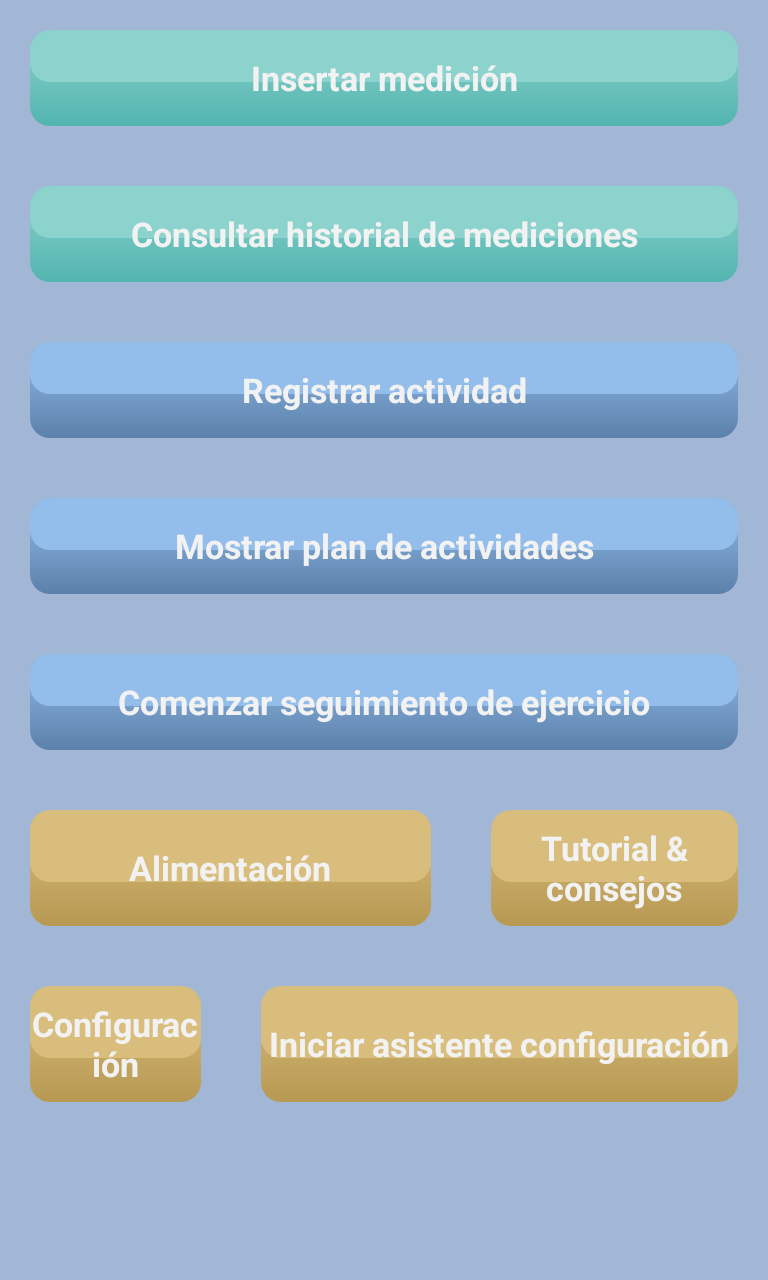
Repository: HectorGarciaMiguel/ssii-diabetes-060036
Layout: SeguimientoDiabetes/res/layout/activity_principal.xml
These files come from the project's save history. The layout is drawn as it stood at one moment and after the next save; the edit follows.
It is drawn on a 768 x 1280 px phone screen (xhdpi) without system bars, with theme AppTheme; the app's code is not run.

Above is the layout before, as saved 2015-11-20 20:50:34.

### SeguimientoDiabetes/res/layout/activity_principal.xml
<ScrollView xmlns:android="http://schemas.android.com/apk/res/android"
    xmlns:tools="http://schemas.android.com/tools"
    android:layout_width="fill_parent"
    android:layout_height="fill_parent"
    android:layout_gravity="center"
    tools:context="com.example.seguimientodiabetes.PrincipalActivity"  >

<LinearLayout
    android:layout_width="fill_parent"
    android:layout_height="wrap_content"
	android:orientation="vertical"
	android:gravity="center">

		<LinearLayout
		        android:layout_width="fill_parent"
		        android:layout_height="fill_parent">

		    <Button
		        android:id="@+id/button1"
		        style="@style/Boton"
		        android:background="@drawable/mibotonverde"
		        android:onClick="pasarInsertarMedicionActivity"
		        android:text="Insertar medición" />
		</LinearLayout>

		<LinearLayout
		        android:layout_width="fill_parent"
		        android:layout_height="fill_parent">

		    <Button
		        android:id="@+id/button2"
		        style="@style/Boton"
		        android:background="@drawable/mibotonverde"
		        android:onClick="pasarHistorialMedicionActivity"
		        android:text="Consultar historial de mediciones" />
		</LinearLayout>

		<LinearLayout
		        android:layout_width="fill_parent"
		        android:layout_height="fill_parent" >

		    <Button
		        android:id="@+id/button3"
		        style="@style/Boton"
		        android:background="@drawable/mibotonazul"
		        android:onClick="lanzarRegistrarActividad"
		        android:text="Registrar actividad" />
		</LinearLayout>

		<LinearLayout
		        android:layout_width="fill_parent"
		        android:layout_height="fill_parent">

		     <Button
		         android:id="@+id/button4"
		         style="@style/Boton"
		         android:background="@drawable/mibotonazul"
		         android:onClick="pasarOpcionesMostrarActividadesActivity"
		         android:text="Mostrar plan de actividades" />

		</LinearLayout>

		<LinearLayout
		        android:layout_width="fill_parent"
		        android:layout_height="fill_parent">

		     <Button
		        android:id="@+id/button6"
		        style="@style/Boton"
		        android:background="@drawable/mibotonazul"
		        android:text="Comenzar seguimiento de ejercicio" />

		</LinearLayout>

		<LinearLayout
		        android:layout_width="fill_parent"
		        android:layout_height="fill_parent">

		   	<Button
		        android:id="@+id/button7"
		        style="@style/Boton"
		        android:layout_weight="40"
		        android:background="@drawable/mibotonnaranja"
		        android:text="Alimentación" />

		     <Button
		        android:id="@+id/button8"
		        style="@style/Boton"
		        android:layout_weight="60"
		        android:background="@drawable/mibotonnaranja"
		        android:text="Tutorial &amp; consejos" />

		</LinearLayout>

		<LinearLayout
		        android:layout_width="fill_parent"
		        android:layout_height="fill_parent">

		     <Button
			    android:id="@+id/button9"
		        style="@style/Boton"
		        android:layout_weight="70"
		        android:background="@drawable/mibotonnaranja"
			    android:text="Configuración" />

		     <Button
		        android:id="@+id/button5"
		        style="@style/Boton"
		        android:layout_weight="30"
		        android:background="@drawable/mibotonnaranja"
		        android:onClick="pasarConfiguracion"
		        android:text="Iniciar asistente configuración" />

		</LinearLayout>


</LinearLayout>
</ScrollView>

### SeguimientoDiabetes/res/drawable/mibotonverde.xml
<?xml version="1.0" encoding="utf-8"?>
<selector xmlns:android="http://schemas.android.com/apk/res/android" >

 <item android:state_pressed="true">
     <layer-list >
       <item >
           <shape android:shape="rectangle">
            <gradient
  				  android:startColor="#104849"
                  android:endColor="#0B393A"
                  android:angle="-90"
                  android:type="linear"
                  />
            <corners android:radius="10dp" />
            </shape>
            </item>
            <item android:top="1dp" android:bottom="22dp" >
 	 <shape android:shape="rectangle">
  				<solid android:color="#104849"/>
              <corners android:radius="10dp" />

            </shape>
      </item>
      </layer-list>
  </item>




<item android:state_focused="true">
     <layer-list >
       <item >
           <shape android:shape="rectangle">
            <gradient
  				  android:startColor="#104849"
                  android:endColor="#0B393A"
                  android:angle="-90"
                  android:type="linear"
                  />
            <corners android:radius="10dp" />
            </shape>
            </item>
            <item android:top="1dp" android:bottom="50px" >
  <shape android:shape="rectangle">
  <solid android:color="#104849"/>
              <corners android:radius="10dp" />

            </shape>
      </item>
      </layer-list>
  </item>







 <item>
     <layer-list >
       <item >
           <shape android:shape="rectangle">
            <gradient
  				  android:startColor="#8CD2CD"
                  android:endColor="#53B5AF"
                  android:angle="-90"
                  android:type="linear"
                  />
			<corners android:radius="10dp" />
			</shape>
        </item>
        <item android:top="1dp" android:bottom="22dp" >
  			<shape android:shape="rectangle">
  			<solid android:color="#8CD2CD"/>
       			<corners android:radius="10dp" />
           </shape>
      </item>
      </layer-list>
  </item>
</selector>

### SeguimientoDiabetes/res/drawable/mibotonazul.xml
<?xml version="1.0" encoding="utf-8"?>
<selector xmlns:android="http://schemas.android.com/apk/res/android" >

 <item android:state_pressed="true">
     <layer-list >
       <item >
           <shape android:shape="rectangle">
            <gradient
  				  android:startColor="#29527C"
                  android:endColor="#112A44"
                  android:angle="-90"
                  android:type="linear"
                  />
            <corners android:radius="10dp" />
            </shape>
            </item>
            <item android:top="1dp" android:bottom="22dp" >
 	 <shape android:shape="rectangle">
  				<solid android:color="#29527C"/>
              <corners android:radius="10dp" />

            </shape>
      </item>
      </layer-list>
  </item>




<item android:state_focused="true">
     <layer-list >
       <item >
           <shape android:shape="rectangle">
            <gradient
  				  android:startColor="#29527C"
                  android:endColor="#112A44"
                  android:angle="-90"
                  android:type="linear"
                  />
            <corners android:radius="10dp" />
            </shape>
            </item>
            <item android:top="1dp" android:bottom="50px" >
  <shape android:shape="rectangle">
  <solid android:color="#29527C"/>
              <corners android:radius="10dp" />

            </shape>
      </item>
      </layer-list>
  </item>







 <item>
     <layer-list >
       <item >
           <shape android:shape="rectangle">
            <gradient
  				  android:startColor="#93BDEA"
                  android:endColor="#5B81AA"
                  android:angle="-90"
                  android:type="linear"
                  />
			<corners android:radius="10dp" />
			</shape>
        </item>
        <item android:top="1dp" android:bottom="22dp" >
  			<shape android:shape="rectangle">
  			<solid android:color="#93BDEA"/>
       			<corners android:radius="10dp" />
           </shape>
      </item>
      </layer-list>
  </item>
</selector>

### SeguimientoDiabetes/res/drawable/mibotonnaranja.xml
<?xml version="1.0" encoding="utf-8"?>
<selector xmlns:android="http://schemas.android.com/apk/res/android" >

 <item android:state_pressed="true">
     <layer-list >
       <item >
           <shape android:shape="rectangle">
            <gradient
  				  android:startColor="#A08648"
                  android:endColor="#806830"
                  android:angle="-90"
                  android:type="linear"
                  />
            <corners android:radius="10dp" />
            </shape>
            </item>
            <item android:top="1dp" android:bottom="22dp" >
 	 <shape android:shape="rectangle">
  				<solid android:color="#A08648"/>
              <corners android:radius="10dp" />

            </shape>
      </item>
      </layer-list>
  </item>




<item android:state_focused="true">
     <layer-list >
       <item >
           <shape android:shape="rectangle">
            <gradient
  				  android:startColor="#A08648"
                  android:endColor="#806830"
                  android:angle="-90"
                  android:type="linear"
                  />
            <corners android:radius="10dp" />
            </shape>
            </item>
            <item android:top="1dp" android:bottom="50px" >
  <shape android:shape="rectangle">
  <solid android:color="#A08648"/>
              <corners android:radius="10dp" />

            </shape>
      </item>
      </layer-list>
  </item>







 <item>
     <layer-list >
       <item >
           <shape android:shape="rectangle">
            <gradient
  				  android:startColor="#D9BD7D"
                  android:endColor="#B79953"
                  android:angle="-90"
                  android:type="linear"
                  />
			<corners android:radius="10dp" />
			</shape>
        </item>
        <item android:top="1dp" android:bottom="22dp" >
  			<shape android:shape="rectangle">
  			<solid android:color="#D9BD7D"/>
       			<corners android:radius="10dp" />
           </shape>
      </item>
      </layer-list>
  </item>
</selector>

Loaded but not shown: SeguimientoDiabetes/res/values/styles.xml (common file); SeguimientoDiabetes/res/values-v11/styles.xml (common file); SeguimientoDiabetes/res/values-v14/styles.xml (common file)

After the next save:
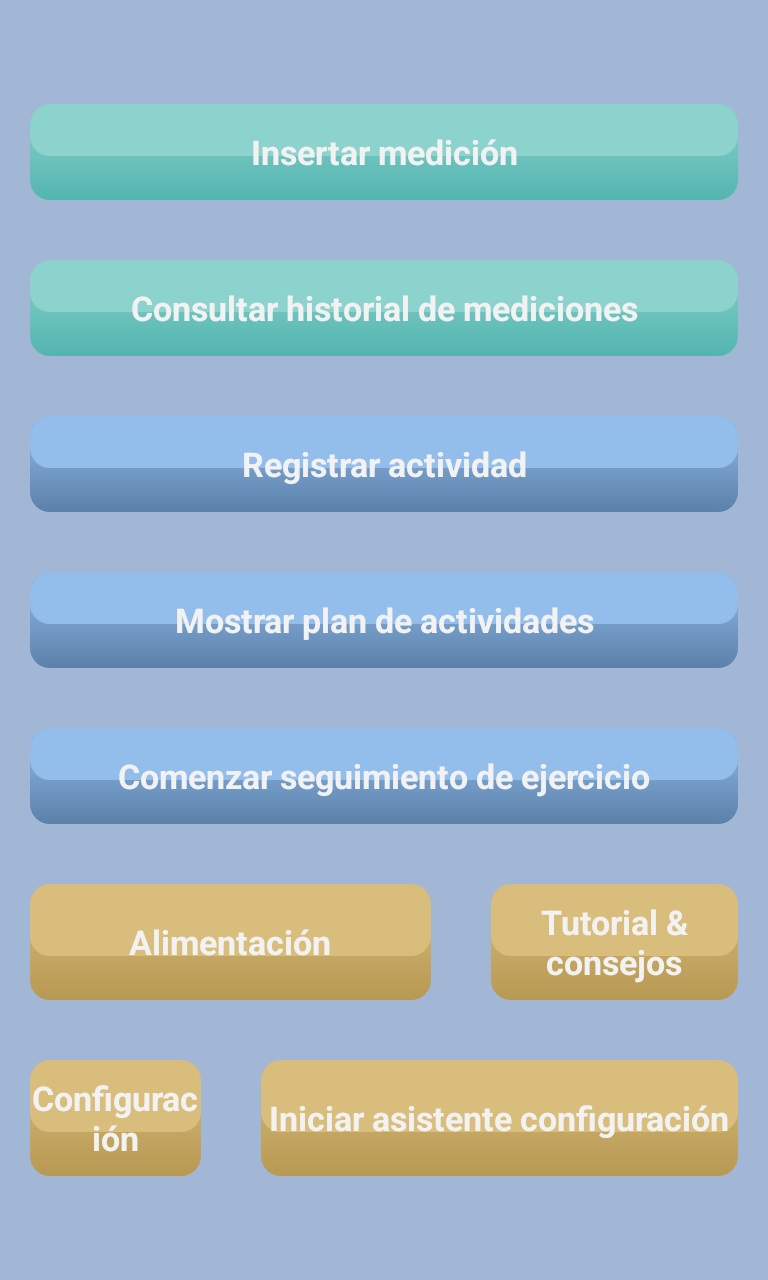
Saved 6 s later.
--- a/SeguimientoDiabetes/res/layout/activity_principal.xml
+++ b/SeguimientoDiabetes/res/layout/activity_principal.xml
@@ -9,7 +9,7 @@
     android:layout_width="fill_parent"
     android:layout_height="wrap_content"
 	android:orientation="vertical"
-	android:gravity="center">
+	android:layout_gravity="center">
 
 		<LinearLayout
 		        android:layout_width="fill_parent"
